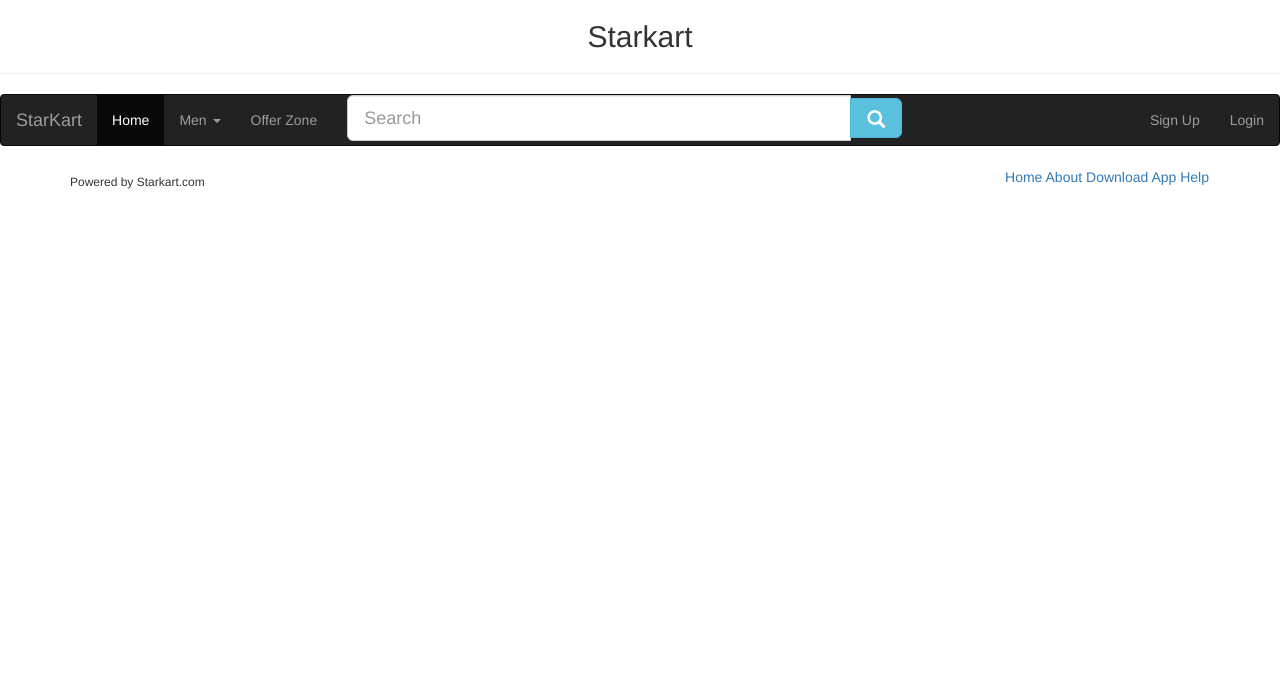
Repository: ravisudharsan/StarKart
Page: http://localhost/StarkartFrontend/WEB-INF/views/index.jsp
The author's editor kept a copy of each file at every save. The page is drawn from the files as they stood at one save, then again after the next save.
The browser window is 1280 px wide. The pictures show the whole page.
The page is served by Tomcat 9. Nobody is signed in. Other server files are loaded and not shown. The template is opened directly, without the code that normally fills it, so the values that code supplies are empty.

Above is the page before, as saved 2016-10-26 04:52:13.

### StarkartFrontend/src/main/webapp/WEB-INF/views/index.jsp
<%@ taglib prefix="c" uri="http://java.sun.com/jsp/jstl/core" %>
<html>
<body>
<h2><center>Starkart</center></h2>
<hr>
<jsp:include page="header.jsp"></jsp:include>
${ErrorMessage}
<c:if test="${not empty ErrorMessage}">
<jsp:include page="login.jsp"></jsp:include><br>
</c:if>
<c:if test="${userClickedLogin}">
<jsp:include page="login.jsp"></jsp:include><br>
</c:if>
<c:if test="${userClickedRegister}">
<jsp:include page="register.jsp"></jsp:include>
</c:if>
<c:out value="${SuccessMessage}"/>

<jsp:include page="footer.jsp"></jsp:include>
</body>
</html>

### StarkartFrontend/src/main/webapp/WEB-INF/views/header.jsp
<!DOCTYPE html>
<html lang="en">
<head>
  <title>Bootstrap Case</title>
  <meta charset="utf-8">
  <meta name="viewport" content="width=device-width, initial-scale=1">
  <link rel="stylesheet" href="https://maxcdn.bootstrapcdn.com/bootstrap/3.3.7/css/bootstrap.min.css">
  <script src="https://ajax.googleapis.com/ajax/libs/jquery/1.12.4/jquery.min.js"></script>
  <script src="https://maxcdn.bootstrapcdn.com/bootstrap/3.3.7/js/bootstrap.min.js"></script>
</head>
<body>


<nav class="navbar navbar-inverse">
  <div class="container-fluid">
    <div class="navbar-header">
      <a class="navbar-brand" href="#">StarKart</a>
    </div>
    <ul class="nav navbar-nav">
      <li class="active"><a href="#">Home</a></li>
      <li class="dropdown"><a class="dropdown-toggle" data-toggle="dropdown" href="#">Men <span class="caret"></span></a>
        <ul class="dropdown-menu">
          <li><a href="#">Blazzers</a></li>
          <li><a href="#">T-Shirts</a></li>
               <li><a href="#">Shirt</a></li>
                   <li><a href="#">Trouser</a></li>

        </ul>
      </li>
      <li><a href="#">Offer Zone</a></li>
    </ul>
    <ul class="nav navbar-nav navbar-right">
      <li><a href="register"><span class="file:///C:/Users/Rudy/Desktop/project1%20-%20Copy.html"></span> Sign Up</a></li>
      <li><a href="login"><span class="file:///C:/Users/Rudy/Desktop/project.html"></span> Login</a></li>
    </ul>
<div class="container">
	<div class="row">
        <div class="col-md-6">
            <div id="custom-search-input">
                <div class="input-group col-md-12">
                    <input type="text" class="form-control input-lg" placeholder="Search" />
                    <span class="input-group-btn">
                        <button class="btn btn-info btn-lg" type="button">
                            <i class="glyphicon glyphicon-search"></i>
                        </button>
                    </span>
                </div>
  </div>
</nav>

<div class="container">

</div>

### StarkartFrontend/src/main/webapp/WEB-INF/views/footer.jsp
<footer class="footer p-t-1">
        <div class="container">
            <div class="pull-right">
                <nav class="navbar" style="background:transparent; color: black;">
                    <nav class="nav navbar-nav pull-xs-left">
                        <a class="nav-item nav-link" href="#">Home</a>
                        <a class="nav-item nav-link" href="#">About</a>
                        <a class="nav-item nav-link" href="#">Download App</a>
                        <a class="nav-item nav-link" href="#">Help</a>
                    </nav>
                </nav>
            </div>

            <a href="#"><i class="fa fa-facebook-official fa-2x"></i></a>
            <a href="#"><i class="fa fa-pinterest-p fa-2x"></i></a>
            <a href="#"><i class="fa fa-twitter fa-2x"></i></a>
            <a href="#"><i class="fa fa-flickr fa-2x"></i></a>
            <a href="#"><i class="fa fa-linkedin fa-2x"></i></a>

            <p class="h6">
                Powered by Starkart.com
                <a href="http://www.Starkart.com" target="_blank"></a>
            </p>
        </div>
    </footer>
</body>
</html>

### StarkartFrontend/src/main/webapp/WEB-INF/views/register.jsp

		<div id="register" class="animate form">
			<form  action="mysuperscript.php" autocomplete="on">
				<h1> Sign up </h1>
				<table align:center>
					<tr>

					<td><label for="First Namesignup" class="Fname" data-icon="F">First Name</label></td>
					<td>:</td>
					<td><input id="First Namesignup" name="First Namesignup" required="required" type="text" placeholder="mysuperFirstname" /></td>
					</tr>
				 	<tr>
					<td><label for="Last Namesignup" class="Lname" data-icon="L">Last Name</label>
					<td>:</td>
					<td><input id="Last Namesignup" name="Last Namesignup" required="required" type="text" placeholder="mysuperLastname" />
					</tr>

                                 	<tr>

					<td><label for="DOBsignup" class="Lname" data-icon="L">DOB</label></td>
					<td>:</td>
					<td><input id="DOBsignup" name="DOBsignup" required="required" type="text" placeholder="dd - mm - yy" /></td>
					</tr>

					<tr>

					<td><label for="usernamesignup" class="uname" data-icon="u">Your username</label></td>
					<td>:</td>
					<td><input id="usernamesignup" name="usernamesignup" required="required" type="text" placeholder="mysuperusername690" /></td>
					</tr>

					<tr>

					<td><label for="emailsignup" class="youmail" data-icon="e" > Your email</label></td>
					<td>:</td>
					<td><input id="emailsignup" name="emailsignup" required="required" type="email" placeholder="mysupermail@mail.com"/> </td>
					</tr>

					<tr>

					<td><label for="passwordsignup" class="youpasswd" data-icon="p">Your password </label></td>
					<td>:</td>
					<td><input id="passwordsignup" name="passwordsignup" required="required" type="password" placeholder="eg. X8df!90EO"/></td>
					</tr>

					<tr>

					<td><label for="passwordsignup_confirm" class="youpasswd" data-icon="p">Please confirm your password </label></td>
					<td>:</td>
					<td><input id="passwordsignup_confirm" name="passwordsignup_confirm" required="required" type="password" placeholder="eg. X8df!90EO"/></td>
					</tr>

					<tr>

					<td><label for="Address1signup" class="Address1" data-icon="A1">Address1</label></td>
					<td>:</td>
					<td><input id="Address1signup" name="Address1signup" required="required" type="text" placeholder="Address1" /></td>
					</tr>

					<tr>

					<td><label for="Address2signup" class="Address2" data-icon="A1">Address2</label></td>
					<td>:</td>
					<td><input id="Address2signup" name="Address2signup" required="required" type="text" placeholder="Address2" /></td>
					</tr>

					<tr>

					<td><label for="Pincodesignup" class="Pincode" data-icon="A1">Pincode</label></td>
					<td>:</td>
					<td><input id="Pincodesignup" name="Pincodesignup" required="required" type="text" placeholder="Enter Pincode" /></td>
					</tr>

					<tr>

					<td> State</td><td>:</td> <td><Select>
				<option value="TamilNadu">TamilNadu</option>
				<option value="Kerala">Kerala</option>
				<option value="Karnataka">Karnataka</option>
				<option value="AndhraPradesh">AndhraPradesh</option></td>
				</tr>
<tr>
				<td><p class="signin button">
					<input type="submit" value="Sign up"/>
				</tr>
<tr>
				<td> <p class="#tologin">

					Already a member ?
					<a href="#tologin" class="to_register"> Go and log in </a></td>
</tr>

<

After the next save:
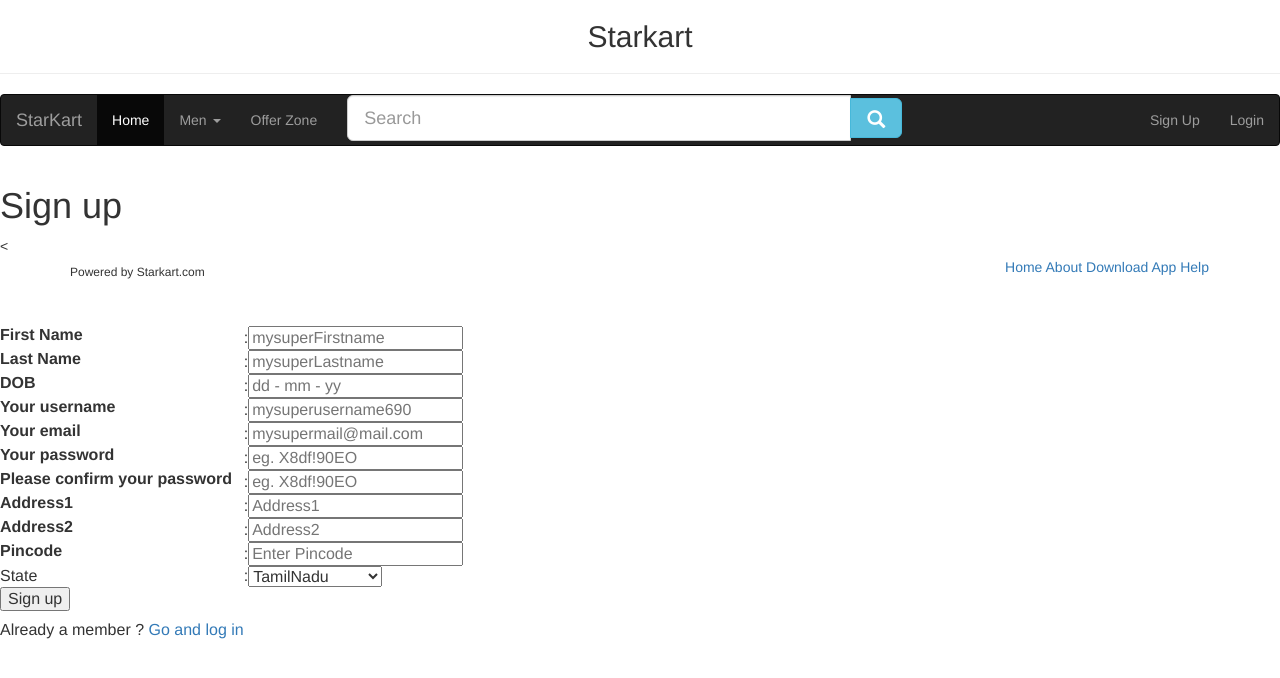
Saved 109 s later.
--- a/StarkartFrontend/src/main/webapp/WEB-INF/views/index.jsp
+++ b/StarkartFrontend/src/main/webapp/WEB-INF/views/index.jsp
@@ -15,7 +15,7 @@
 <jsp:include page="register.jsp"></jsp:include>
 </c:if>
 <c:out value="${SuccessMessage}"/>
-
+<jsp:include page="register.jsp"></jsp:include>
 <jsp:include page="footer.jsp"></jsp:include>
 </body>
 </html>

After the 2 saves that followed:
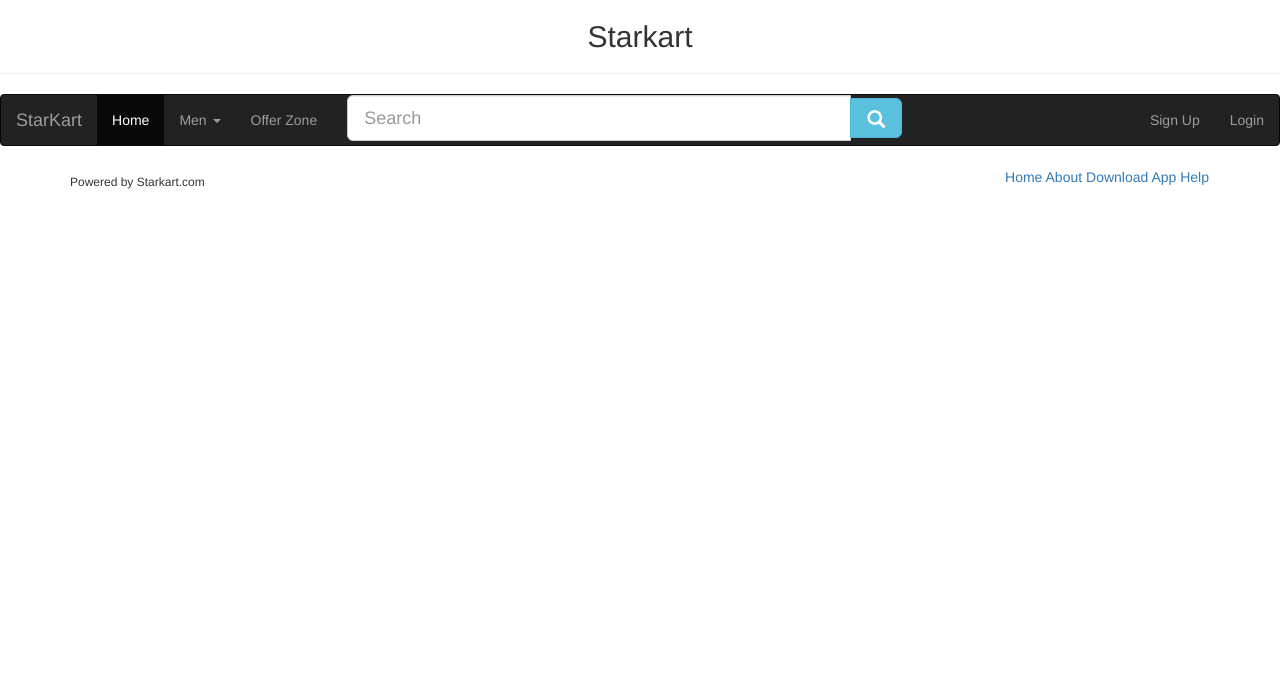
The 2 saves are shown as one change because 1 left the picture as it was.
The last was saved 80 s later.
--- a/StarkartFrontend/src/main/webapp/WEB-INF/views/index.jsp
+++ b/StarkartFrontend/src/main/webapp/WEB-INF/views/index.jsp
@@ -15,7 +15,7 @@
 <jsp:include page="register.jsp"></jsp:include>
 </c:if>
 <c:out value="${SuccessMessage}"/>
-<jsp:include page="register.jsp"></jsp:include>
+
 <jsp:include page="footer.jsp"></jsp:include>
 </body>
 </html>
